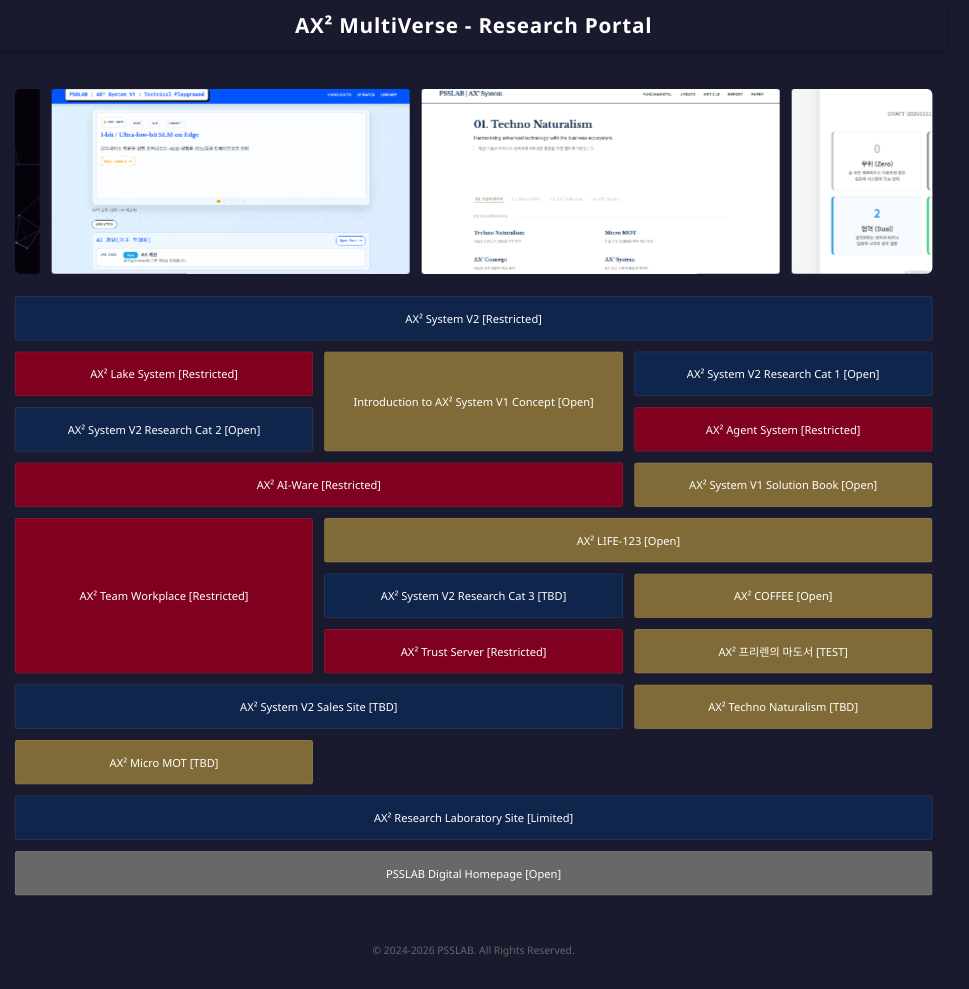
Repository: hycse89/PSSLAB_OpenSite
Page: psslab_multiverse_v3.html
An editor plug-in stored every save of this project. The page is shown before and after a run of saves, followed by the edit.
The browser window is 1280 px wide. The page is 1310 px wide, so the pictures cover 1310 px, including what lies to the right of the window. The pictures show the whole page, at 74% of full size.

Above is the page before, as saved 2026-01-11 21:33:14.

After the next 2 saves:
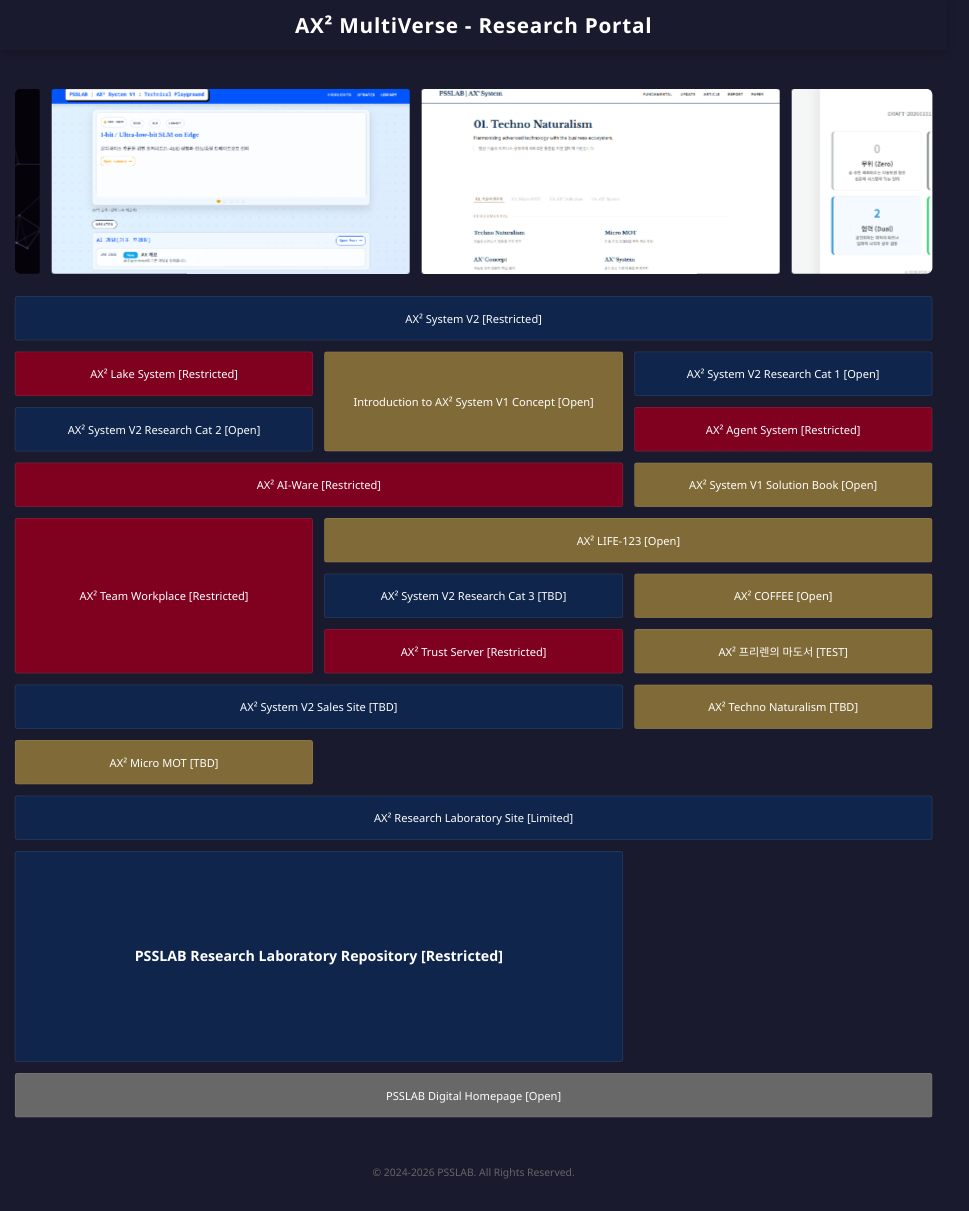
The 2 saves are shown as one change because they came seconds apart.
The last was saved 5 s later.
--- a/psslab_multiverse_v3.html
+++ b/psslab_multiverse_v3.html
@@ -221,6 +221,8 @@
 
             <a href="https://hycse89.github.io/PSSLAB_OpenSite/ax2_research_lab/" class="link-button color-1 w-3 h-1">AX² Research Laboratory Site [Limited]</a>
 
+            <a href="https://github.com/hycse89" class="link-button color-1 size-hero">PSSLAB Research Laboratory Repository [Restricted]</a>
+
             <a href="http://www.psslab.co.kr" class="link-button color-5 w-3 h-1">PSSLAB Digital Homepage [Open]</a>
         </div>
     </main>
